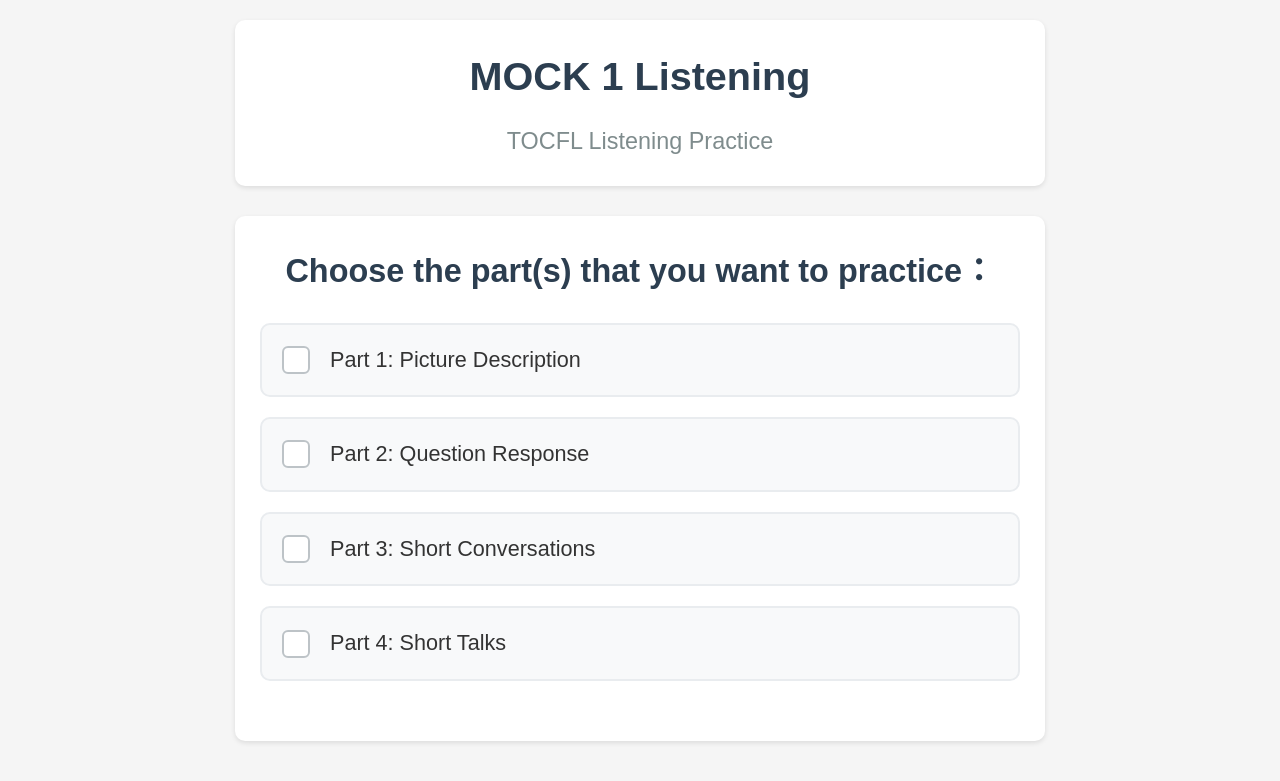
Repository: fangdongyzu/tocfl-mock1-listening
Page: index.html
The author's editor kept a copy of each file at every save. The page is drawn from the files as they stood at one save, then again after a run of saves.
The browser window is 1280 px wide. The pictures show the whole page.

Above is the page before, as saved 2025-12-26 00:52:39.

After the next 4 saves:
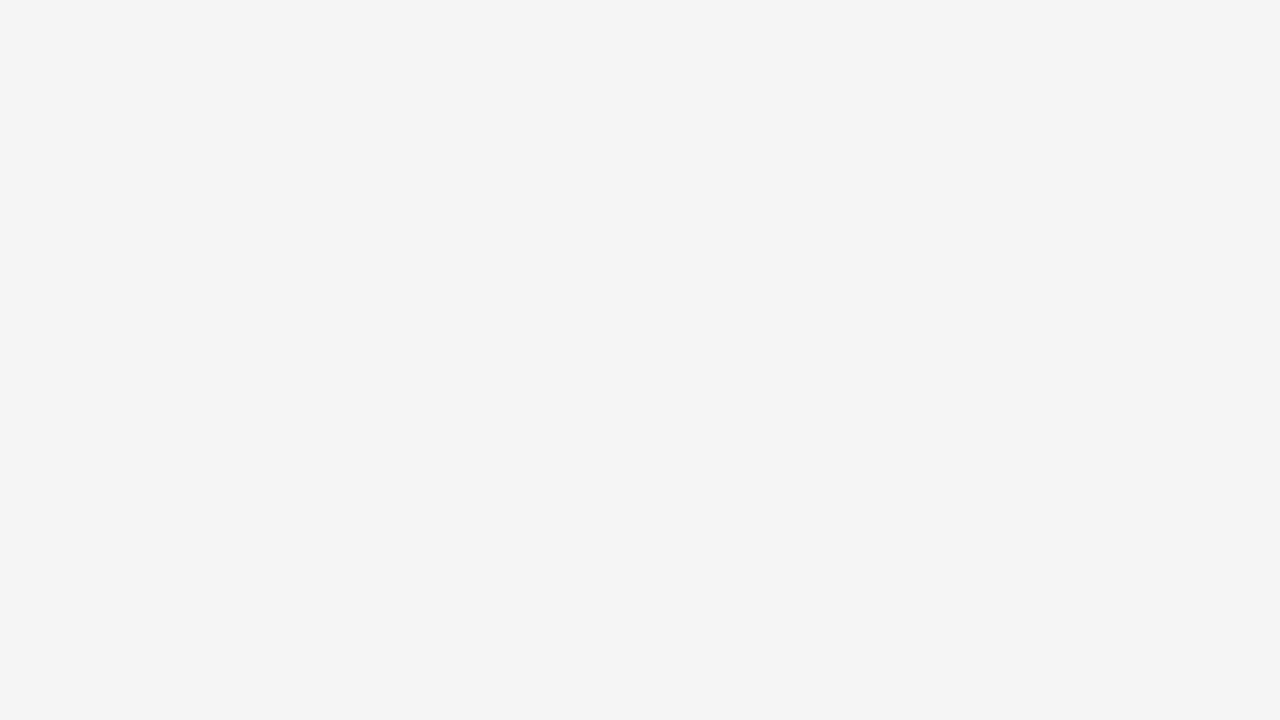
Console error (its wording comes from the project's code and is left out).
The 4 saves are shown as one change because they came seconds apart.
The last was saved 11 s later.
--- a/app.js
+++ b/app.js
@@ -349,7 +349,7 @@
 
             {/* 2. Action Buttons (Moved here from bottom) */}
             <div className="modal-buttons" style={{ justifyContent: 'center', marginBottom: 20, paddingTop: 10 }}>
-              div
+              <div
               <button className="submit-btn" style={{ background: '#e67e22', marginBottom: '5px' }} onClick={() => window.location.reload()}>
                 Retake Test
               </button>

After the 2 saves that followed:
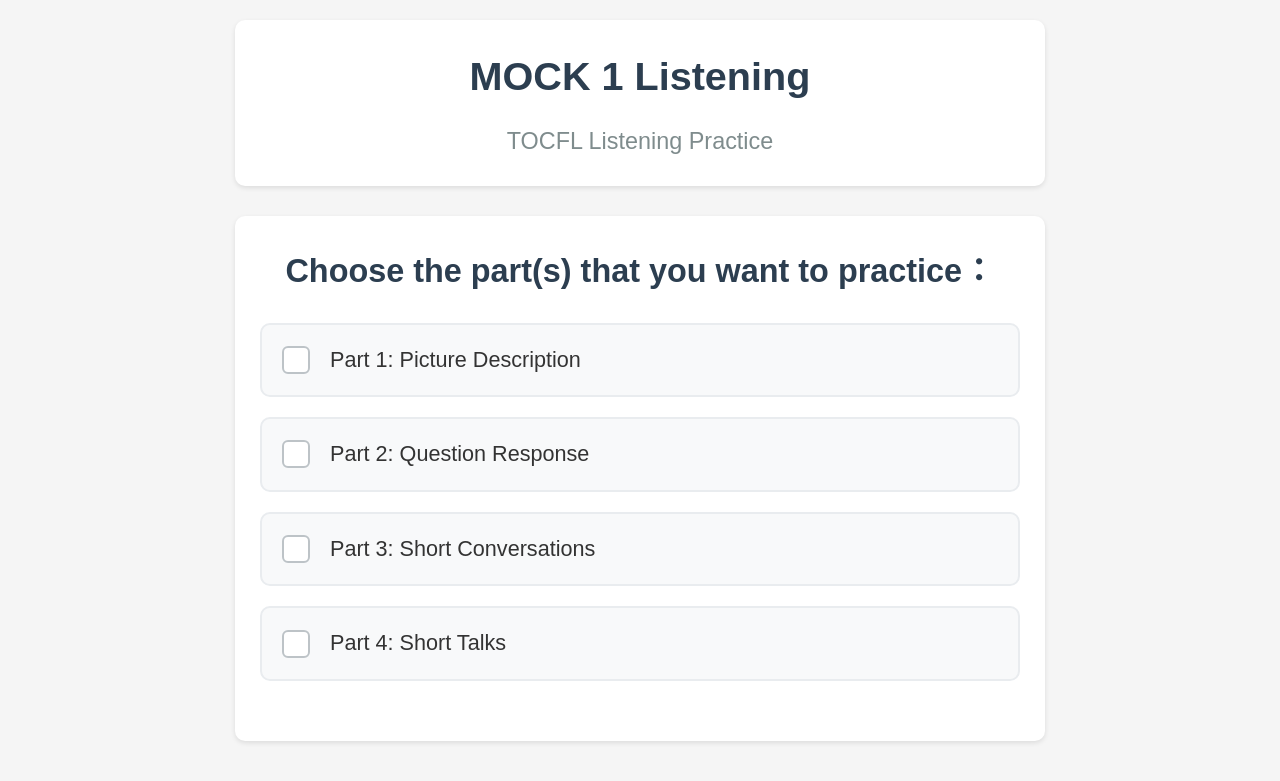
The error is gone.
The 2 saves are shown as one change because they came seconds apart.
The last was saved 9 s later.
--- a/app.js
+++ b/app.js
@@ -349,7 +349,9 @@
 
             {/* 2. Action Buttons (Moved here from bottom) */}
             <div className="modal-buttons" style={{ justifyContent: 'center', marginBottom: 20, paddingTop: 10 }}>
-              <div
+              <div>
+
+              </div>
               <button className="submit-btn" style={{ background: '#e67e22', marginBottom: '5px' }} onClick={() => window.location.reload()}>
                 Retake Test
               </button>
